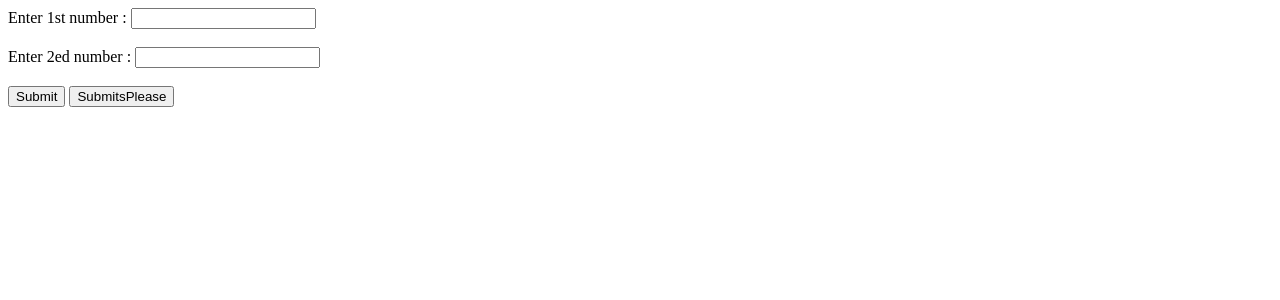
Repository: sandypatidar/my-all-java-code
Page: eclips/DemoApps/WebContent/index.html
The author's editor kept a copy of each file at every save. The page is drawn from the files as they stood at one save, then again after the next save.
The browser window is 1280 px wide. The pictures show the whole page.

Above is the page before, as saved 2019-03-31 09:58:55.

After the next save:
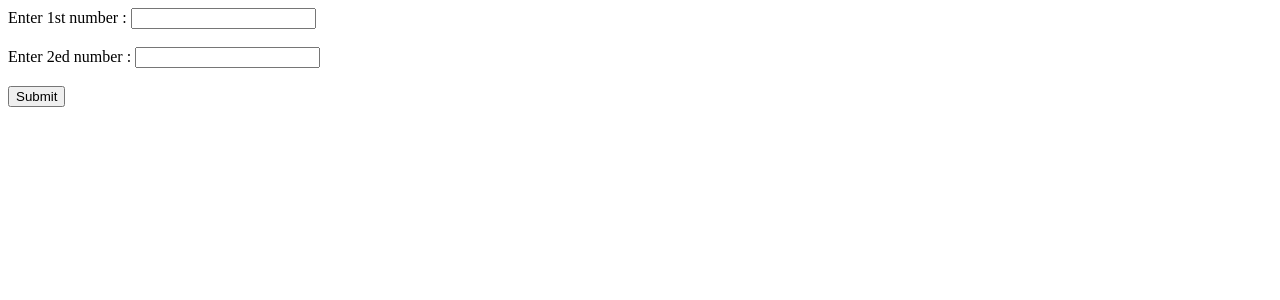
Saved 18 h 25 min later.
--- a/eclips/DemoApps/WebContent/index.html
+++ b/eclips/DemoApps/WebContent/index.html
@@ -1,12 +1,10 @@
 <!DOCTYPE html>
 <html>
 <body>
-	<form action="">
-
-		Enter 1st number : <input type="text" name ="num1"><br><br>
+	<form action="add">
+		Enter 1st number : <input  type="text" name="num1"><br><br>
 		Enter 2ed number : <input  type="text" name="num2"><br><br>
 		<input type="Submit" >
-		<button type = "Submit" >SubmitsPlease</button>
 	</form>
 </body>
 </html>
